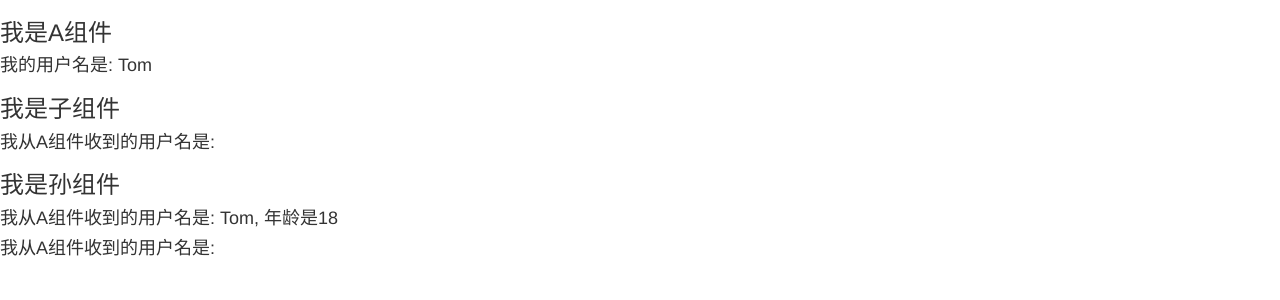
Repository: JinYiGao/ReactLearning
Page: / (app in 14.React脚手架/react_extension/)
The author's editor kept a copy of each file at every save. The page is drawn from the files as they stood at one save, then again after the next save.
The browser window is 1280 px wide. The pictures show the whole page.
The project was rebuilt for these pictures with package versions that can differ from the ones it lists, and the page was loaded fresh each time.

Above is the page before, as saved 2022-04-12 23:32:14.

### 14.React脚手架/react_extension/public/index.html
<!--
 * @Descripttion:
 * @version:
 * @Author: JinYiGao
 * @Date: 2022-04-12 21:41:28
 * @LastEditors: JinYiGao
 * @LastEditTime: 2022-04-12 22:15:20
-->
<!DOCTYPE html>
<html lang="en">
  <head>
    <meta charset="utf-8" />
    <link rel="icon" href="%PUBLIC_URL%/favicon.ico" />
    <meta name="viewport" content="width=device-width, initial-scale=1" />
    <meta name="theme-color" content="#000000" />
    <meta
      name="description"
      content="Web site created using create-react-app"
    />
    <link rel="apple-touch-icon" href="%PUBLIC_URL%/logo192.png" />
    <!--
      manifest.json provides metadata used when your web app is installed on a
      user's mobile device or desktop. See https://developers.google.com/web/fundamentals/web-app-manifest/
    -->
    <link rel="manifest" href="%PUBLIC_URL%/manifest.json" />
    <!--
      Notice the use of %PUBLIC_URL% in the tags above.
      It will be replaced with the URL of the `public` folder during the build.
      Only files inside the `public` folder can be referenced from the HTML.

      Unlike "/favicon.ico" or "favicon.ico", "%PUBLIC_URL%/favicon.ico" will
      work correctly both with client-side routing and a non-root public URL.
      Learn how to configure a non-root public URL by running `npm run build`.
    -->
    <title>React App</title>
    <link rel="stylesheet" href="/css/bootstrap.css">
  </head>
  <body>
    <noscript>You need to enable JavaScript to run this app.</noscript>
    <div id="root"></div>
    <!--
      This HTML file is a template.
      If you open it directly in the browser, you will see an empty page.

      You can add webfonts, meta tags, or analytics to this file.
      The build step will place the bundled scripts into the <body> tag.

      To begin the development, run `npm start` or `yarn start`.
      To create a production bundle, use `npm run build` or `yarn build`.
    -->
  </body>
</html>

### 14.React脚手架/react_extension/src/index.js
/*
 * @Descripttion:
 * @version:
 * @Author: JinYiGao
 * @Date: 2022-04-12 21:41:28
 * @LastEditors: JinYiGao
 * @LastEditTime: 2022-04-12 22:06:10
 */
import {createRoot} from 'react-dom/client'
import { BrowserRouter } from 'react-router-dom';
import App from './App'

const root = createRoot(document.getElementById('root'));
root.render(<BrowserRouter><App></App></BrowserRouter>);

### 14.React脚手架/react_extension/src/App.js
/*
 * @Descripttion:
 * @version:
 * @Author: JinYiGao
 * @Date: 2022-04-12 21:41:28
 * @LastEditors: JinYiGao
 * @LastEditTime: 2022-04-12 23:16:54
 */
import React, { Component } from 'react'
// import Frag from './components/4_Fragment'
import A from './components/5_Context'
// import Hooks from './components/3_hooks'
// import Demo from './components/1_setState'
// import LazyLoad from './components/2_lazyLoad'

export default class App extends Component {
  render() {
    return (
      <div>
        {/* <Demo add={100}></Demo> */}
        {/* <LazyLoad></LazyLoad> */}
        {/* <Hooks></Hooks> */}
        {/* <Frag></Frag> */}
        <A></A>
      </div>
    )
  }
}

### 14.React脚手架/react_extension/src/components/5_Context/index.jsx
/*
 * @Descripttion:
 * @version:
 * @Author: JinYiGao
 * @Date: 2022-04-12 23:14:12
 * @LastEditors: JinYiGao
 * @LastEditTime: 2022-04-12 23:31:59
 */
import React, { Component } from 'react'

// 创建一个用于保存变量的Context对象
const MyContext = React.createContext();

export default class A extends Component {
    state = {username: 'Tom', age:18}
  render() {
    const {username, age} = this.state;
    return (
      <div>
          <h3>我是A组件</h3>
          <h4>我的用户名是: {this.state.username}</h4>
          <MyContext.Provider value={{username, age}}>
          <B></B>
          </MyContext.Provider>
      </div>
    )
  }
}

class B extends Component {
    render() {
        return (
            <div>
                <h3>我是子组件</h3>
                <h4>我从A组件收到的用户名是: </h4>
                <C></C>
            </div>
        )
    }
}

class C extends Component {
    // 声明接收context
    static contextType = MyContext;

    render() {
        console.log(this);
        return (
            <div>
                <h3>我是孙组件</h3>
                <h4>我从A组件收到的用户名是: {this.context.username}, 年龄是{this.context.age}</h4>
                <h4>我从A组件收到的用户名是:
                <MyContext.Consumer>
                    {value=>{`${value.username},年龄是${value.age}`}}
                </MyContext.Consumer>
                </h4>
            </div>
        )
    }
}

Loaded but not shown: 14.React脚手架/react_extension/public/css/bootstrap.css (library)

After the next save:
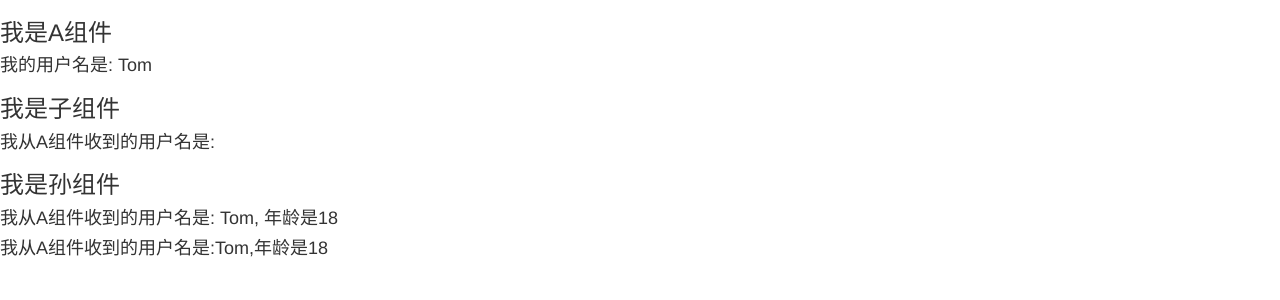
Saved 39 s later.
--- a/14.React脚手架/react_extension/src/components/5_Context/index.jsx
+++ b/14.React脚手架/react_extension/src/components/5_Context/index.jsx
@@ -51,7 +51,7 @@ class C extends Component {
                 <h4>我从A组件收到的用户名是: {this.context.username}, 年龄是{this.context.age}</h4>
                 <h4>我从A组件收到的用户名是:
                 <MyContext.Consumer>
-                    {value=>{`${value.username},年龄是${value.age}`}}
+                    {value=>`${value.username},年龄是${value.age}`}
                 </MyContext.Consumer>
                 </h4>
             </div>
